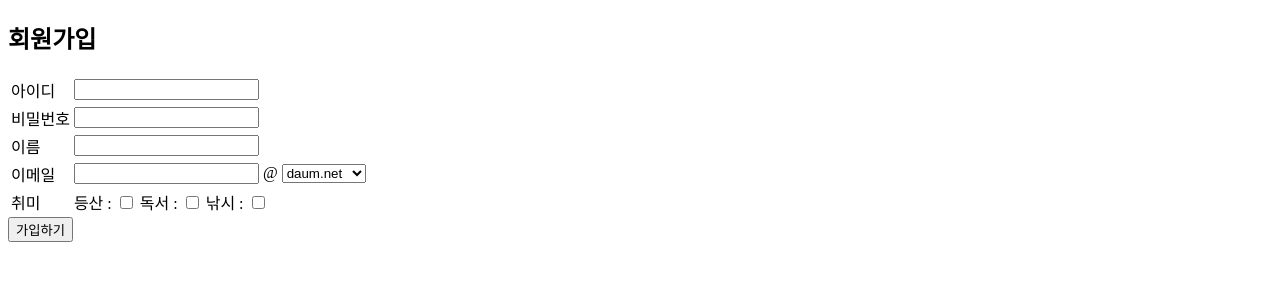
Repository: Idooru/academy_servlet
Page: pro07/WebContent/memberForm.html
An editor plug-in stored every save of this project. The page is shown before and after the next save, followed by the edit.
The browser window is 1280 px wide. The pictures show the whole page.

Above is the page before, as saved 2023-09-07 07:40:21.

### pro07/WebContent/memberForm.html
<!DOCTYPE html>
<html>

<head>
	<meta charset="UTF-8">
	<title>JOIN FORM</title>
	<script type="text/javascript">
		function fn_sendMember() {
			let frmMember = document.frmMember;
			let id = frmMember.id.value;
			let pwd = frmMember.pwd.value;
			let name = frmMember.name.value;
			let email = frmMember.email.value;

			if (!id) {
				alert("아이디는 필수입니다.");
			} else if (!pwd) {
				alert("비밀번호는 필수입니다.");
			} else if (!name) {
				alert("이름은 필수입니다.");
			} else if (!email) {
				alert("이메일은 필수입니다.");
			} else {
				frmMember.method = "post";
				frmMember.action = "member";
				frmMember.submit();
			}
		}
	</script>
</head>

<body>

	<form name="frmMember">
		<h2>회원가입</h2>
		<table>
			<tr>
				<td>아이디</td>
				<td><input type="text" name="id" /></td>
			</tr>
			<tr>
				<td>비밀번호</td>
				<td><input type="password" name="pwd" /></td>
			</tr>
			<tr>
				<td>이름</td>
				<td><input type="text" name="name" /></td>
			</tr>
			<tr>
				<td>이메일</td>
				<td>
					<input type="text" name="email" />
					@
					<select name="edomain">
						<option value="daum.net">daum.net</option>
						<option value="naver.com">naver.com</option>
					</select>
				</td>
			</tr>
			<tr>
				<td>취미</td>
				<td>
					등산 : <input type="checkbox" name="hobby" value="등산" />
					독서 : <input type="checkbox" name="hobby" value="독서" />
					낚시 : <input type="checkbox" name="hobby" value="낚시" />
				</td>
			</tr>
		</table>
		<input type="button" value="가입하기" onclick="fn_sendMember()" />
		<input type="hidden" name="command" value="addMember" />
	</form>
</body>

</html>

After the next save:
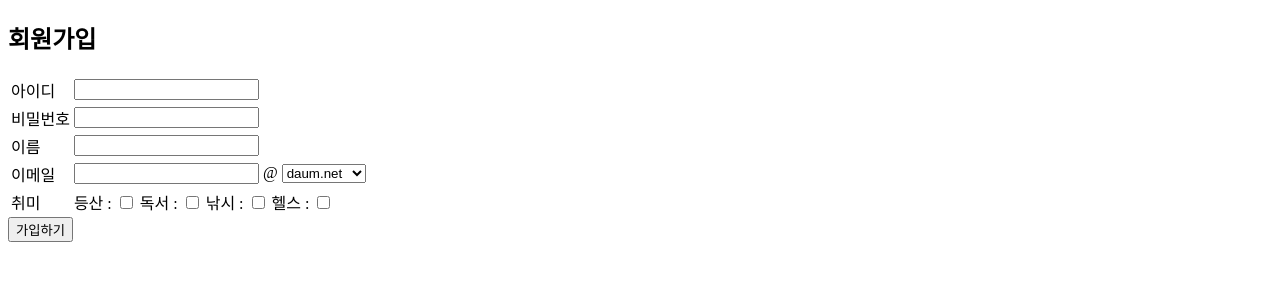
Saved 24 min 20 s later.
--- a/pro07/WebContent/memberForm.html
+++ b/pro07/WebContent/memberForm.html
@@ -63,6 +63,7 @@
 					등산 : <input type="checkbox" name="hobby" value="등산" />
 					독서 : <input type="checkbox" name="hobby" value="독서" />
 					낚시 : <input type="checkbox" name="hobby" value="낚시" />
+					헬스 : <input type="checkbox" name="hobby" value="헬스" />
 				</td>
 			</tr>
 		</table>
